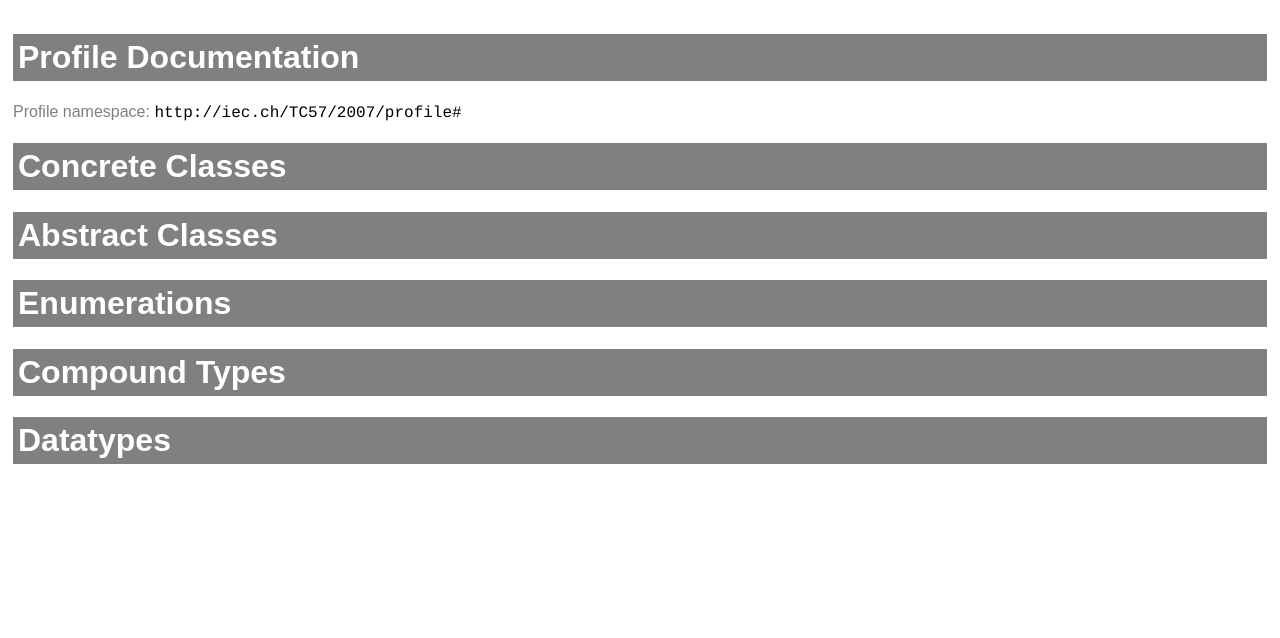
Repository: markodj99/IES-Project
Page: Projekat/Profile/Profile/Profiles/Profile.html
These files come from the project's save history. The page is drawn as it stood at one moment and after the next save; the edit follows.
The browser window is 1280 px wide. The pictures show the whole page.

Above is the page before, as saved 2022-07-28 17:09:19.

After the next save:
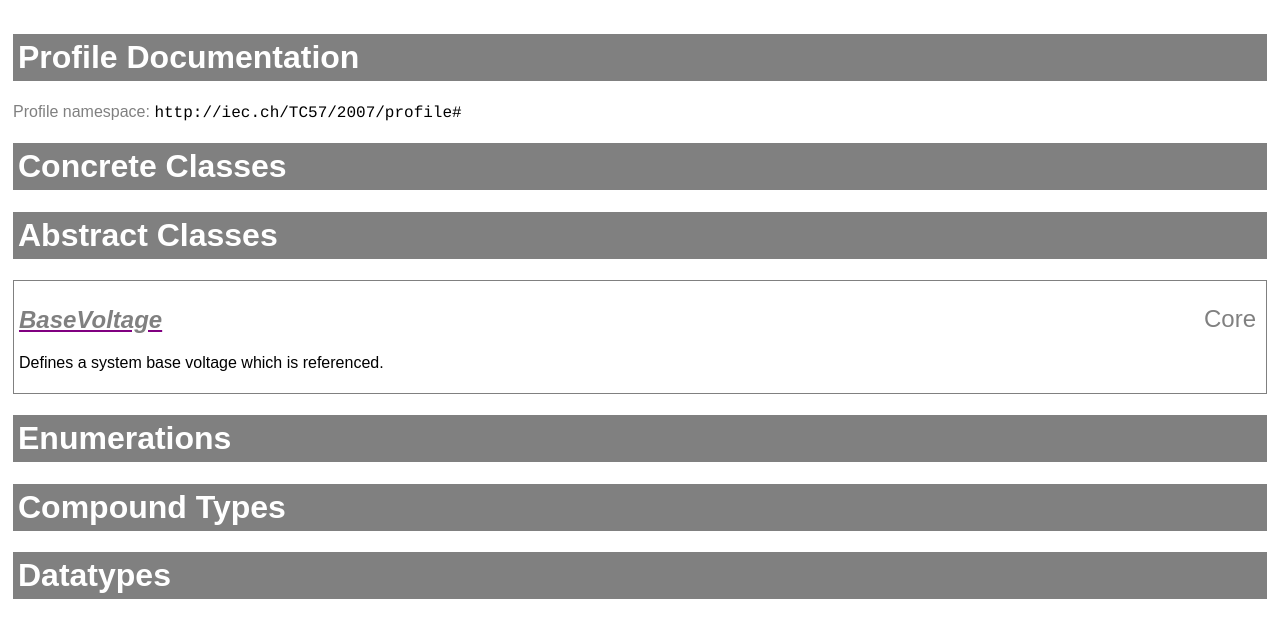
Saved 2 min 50 s later.
--- a/Projekat/Profile/Profile/Profiles/Profile.html
+++ b/Projekat/Profile/Profile/Profiles/Profile.html
@@ -75,6 +75,13 @@ p.package { position: absolute; right: 10px; top: 0px}
 </p>
 <h1>Concrete Classes</h1>
 <h1>Abstract Classes</h1>
+<div id="BaseVoltage" class="group">
+<a href="#BaseVoltage">
+<h2 class="abstract">BaseVoltage</h2>
+</a>
+<p class="package">Core</p>
+<p class="comment">Defines a system base voltage which is referenced.</p>
+</div>
 <h1>Enumerations</h1>
 <h1>Compound Types</h1>
 <h1>Datatypes</h1>
